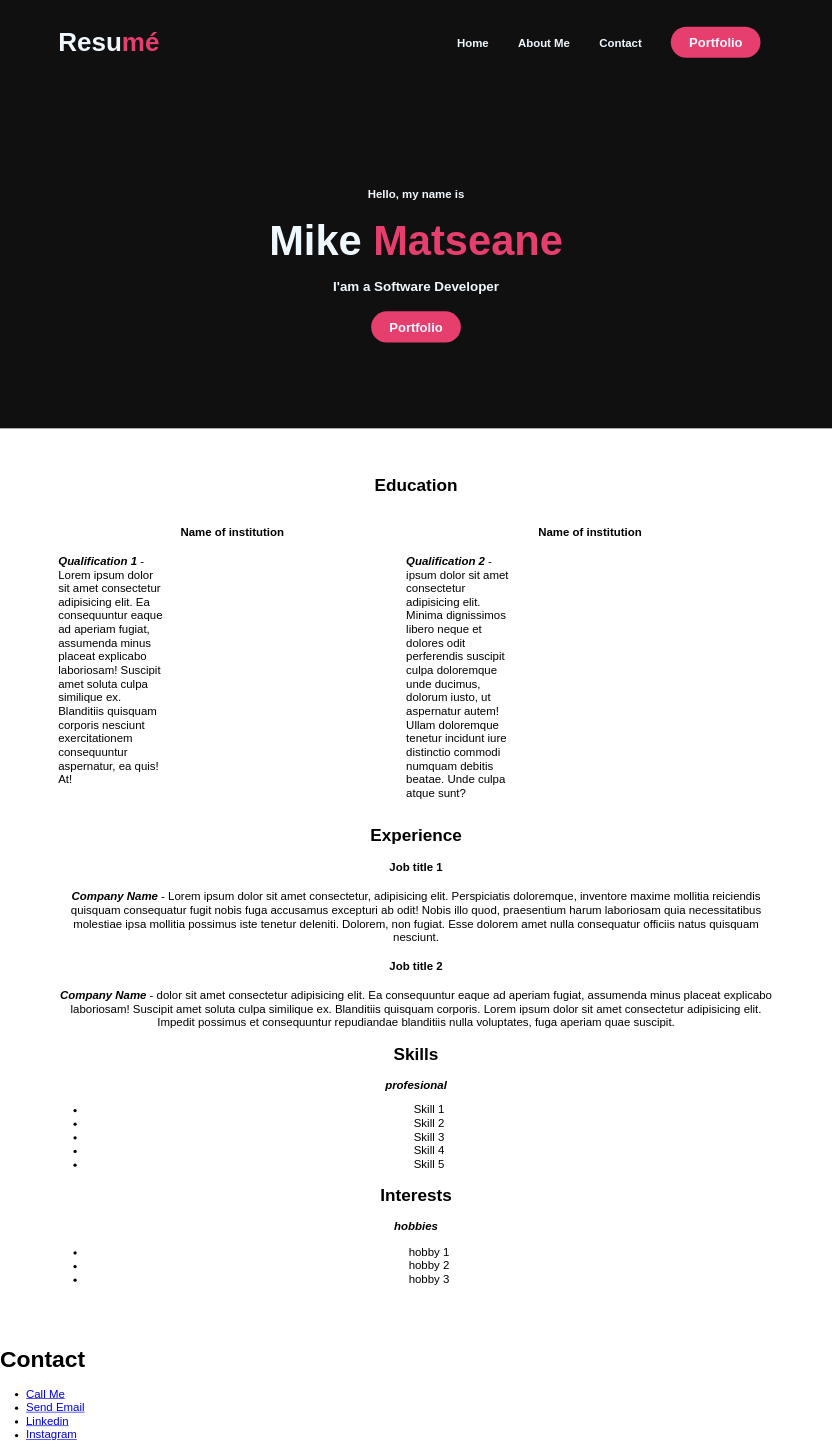
Repository: mikempho/Resume1
Page: resume1.html
The author's editor kept a copy of each file at every save. The page is drawn from the files as they stood at one save, then again after a run of saves.
The browser window is 1280 px wide. The pictures show the whole page, at 65% of full size.

Above is the page before, as saved 2022-03-29 10:32:17.

After the next 3 saves:
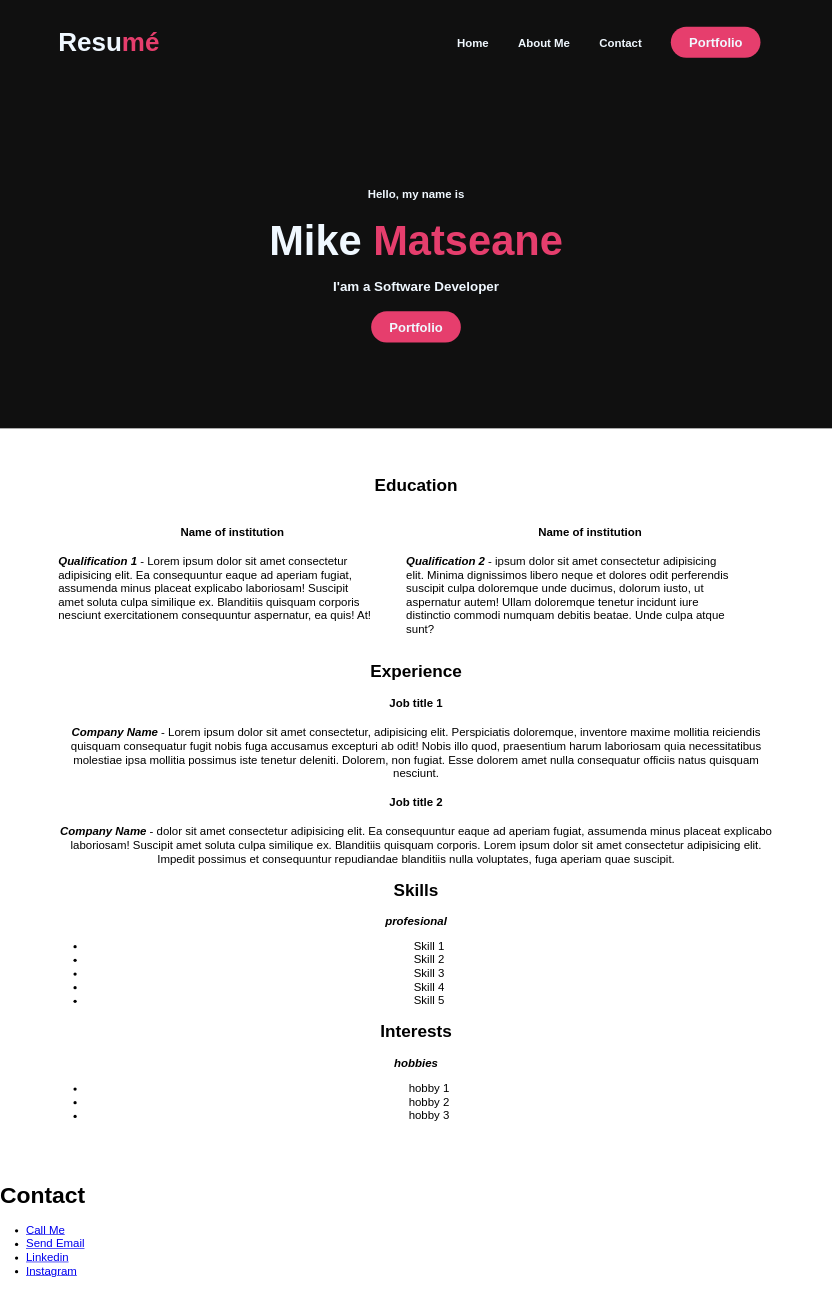
The 3 saves are shown as one change because they came seconds apart.
The last was saved 17 s later.
--- a/css/stylesheet.css
+++ b/css/stylesheet.css
@@ -96,5 +96,5 @@ main {
 
 .content p {
   text-align: left;
-  width: 30%;
+  width: 90%;
 }
